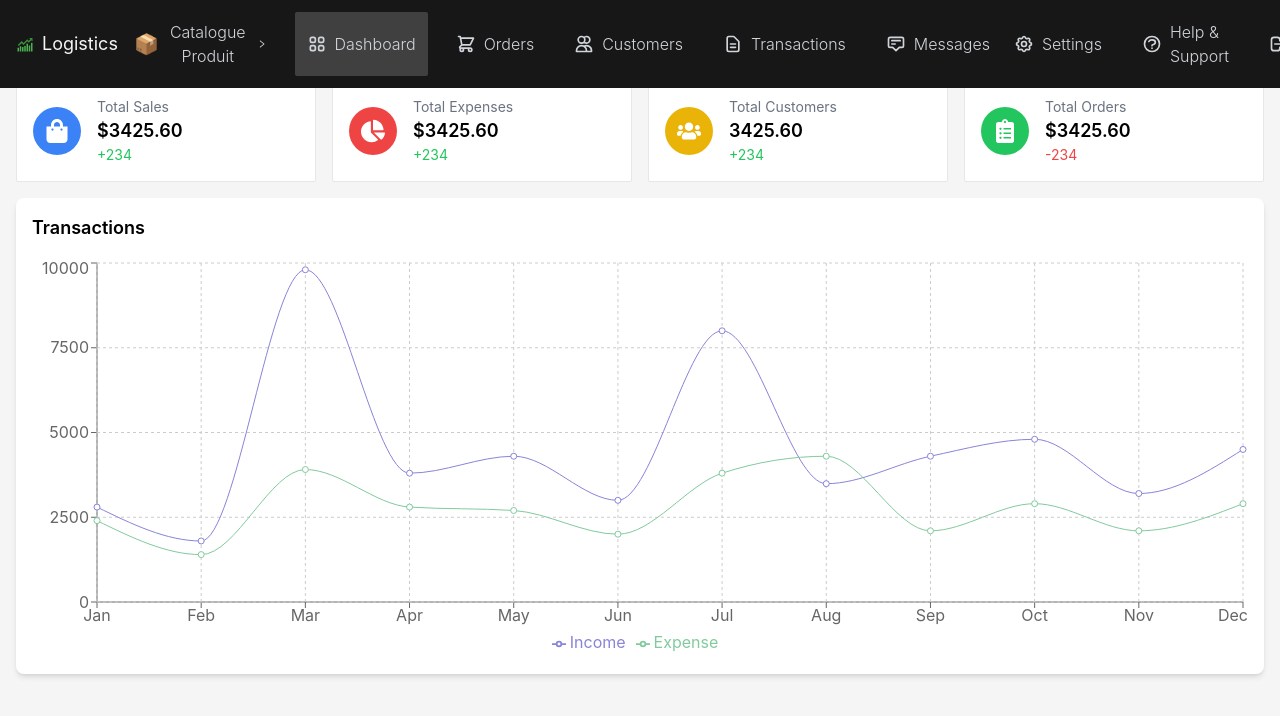
Repository: Mayar2222/Dashboard
Page: /
An editor plug-in stored every save of this project. The page is shown before and after a run of saves, followed by the edit.
The browser window is 1280 px wide. The pictures show the whole page.
Pictures or frames that could not be fetched are drawn as grey boxes. The project was rebuilt for these pictures with package versions that can differ from the ones it lists, and the page was loaded fresh each time. Also part of the build but not shown: src/components/CatalogueProduits.jsx, src/components/Categories.jsx.

Above is the page before, as saved 2024-07-28 15:55:14.

### src/App.jsx
import { Route, BrowserRouter as Router, Routes } from "react-router-dom";
import CatalogueProduits from "./components/CatalogueProduits";
import Categories from "./components/Categories";
import Dashboard from "./components/Dashboard";
import Layout from "./components/shared/Layout";

function App() {
  return (
      <Router>
      <Routes>
        <Route path="/"  element={<Layout/>}>
          <Route index  element={<Dashboard/>}/>
          <Route path="CatalogueProduits"  element={<CatalogueProduits/>}/>
          <Route path="Categories"  element={<Categories/>}/>

          <Route path="login"  element={<div>this login page</div>}/>

        </Route>
      </Routes>
      </Router>
  );
}

export default App;

### src/index.css
@import url('https://fonts.googleapis.com/css2? family=Poppins:wght@400; 600;700&display=swap');


@tailwind base;
@tailwind components;
@tailwind utilities;

@layer base {
    html {
        font-family: 'Inter', sans-serif;
        line-height: 1.3;
    }
    table {
        /* Add any specific styles for the table here if needed */
    }
    th,
    td {
        @apply py-3 px-2.5 text-sm text-left border-y border-gray-200;
    }
    thead {
        @apply bg-neutral-100;
    }
    th {
        @apply font-semibold;
    }
    a {
        @apply text-sky-500 hover:underline;
    }
}

### src/components/Dashboard.jsx
import React from 'react'
import { CartesianGrid, Legend, Line, LineChart, ResponsiveContainer, Tooltip, XAxis, YAxis } from 'recharts'
import DashboardStatsGrid from './DashboardStatsGrid'

const data = [
  { name: 'Jan', Income: 2800, Expense: 2400 },
  { name: 'Feb', Income: 1800, Expense: 1398 },
  { name: 'Mar', Income: 9800, Expense: 3908 },
  { name: 'Apr', Income: 3800, Expense: 2800 },
  { name: 'May', Income: 4300, Expense: 2700 },
  { name: 'Jun', Income: 3000, Expense: 2000 },
  { name: 'Jul', Income: 8000, Expense: 3800 },
  { name: 'Aug', Income: 3490, Expense: 4300 },
  { name: 'Sep', Income: 4300, Expense: 2100 },
  { name: 'Oct', Income: 4800, Expense: 2900 },
  { name: 'Nov', Income: 3200, Expense: 2100 },
  { name: 'Dec', Income: 4500, Expense: 2900 }
]

function TransactionChart() {
  return (
    <div className='bg-white rounded-lg shadow-md p-4'>
      <h2 className='text-lg font-semibold mb-4'>Transactions</h2>
      <ResponsiveContainer width="100%" height={400}>
        <LineChart data={data}>
          <XAxis dataKey="name" />
          <YAxis />
          <CartesianGrid strokeDasharray="3 3" />
          <Tooltip />
          <Legend />
          <Line type="monotone" dataKey="Income" stroke="#8884d8" />
          <Line type="monotone" dataKey="Expense" stroke="#82ca9d" />
        </LineChart>
      </ResponsiveContainer>
    </div>
  )
}

function Dashboard() {
  return (
    <div className='flex flex-col gap-4'>
      <DashboardStatsGrid />
      <TransactionChart />
    </div>
  )
}

export default Dashboard

### src/components/shared/Layout.jsx
import React from 'react'
import { Outlet } from 'react-router-dom'
import Header from './Header'
import Sidebar from './Sidebar'
export default function Layout() {
  return (
    <div className='flex flex-row bg-neutral-100 h-screen w-screen overflow-hidden'>
<Sidebar/>
     <div className='flex-1'>
      <Header/>
      <div className='p-4'>{<Outlet/>}</div>

      </div>


    </div>
  )
}

### src/components/DashboardStatsGrid.jsx
import React from 'react';
import { FaChartPie, FaClipboardList, FaShoppingBag, FaUsers } from 'react-icons/fa';

function DashboardStatsGrid() {
  return (
    <div className='flex gap-4 w-full'>
      <div className='bg-white rounded-sm p-4 flex-1 border border-gray-200 flex items-center'>
        <div className='flex items-center justify-center w-12 h-12 bg-blue-500 text-white rounded-full mr-4'>
          <FaShoppingBag size={24} />
        </div>
        <div>
          <div className='text-sm text-gray-500'>Total Sales</div>
          <div className='text-lg font-semibold'>$3425.60</div>
          <div className='text-sm text-green-500'>+234</div>
        </div>
      </div>
      <div className='bg-white rounded-sm p-4 flex-1 border border-gray-200 flex items-center'>
        <div className='flex items-center justify-center w-12 h-12 bg-red-500 text-white rounded-full mr-4'>
          <FaChartPie size={24} />
        </div>
        <div>
          <div className='text-sm text-gray-500'>Total Expenses</div>
          <div className='text-lg font-semibold'>$3425.60</div>
          <div className='text-sm text-green-500'>+234</div>
        </div>
      </div>
      <div className='bg-white rounded-sm p-4 flex-1 border border-gray-200 flex items-center'>
        <div className='flex items-center justify-center w-12 h-12 bg-yellow-500 text-white rounded-full mr-4'>
          <FaUsers size={24} />
        </div>
        <div>
          <div className='text-sm text-gray-500'>Total Customers</div>
          <div className='text-lg font-semibold'>3425.60</div>
          <div className='text-sm text-green-500'>+234</div>
        </div>
      </div>
      <div className='bg-white rounded-sm p-4 flex-1 border border-gray-200 flex items-center'>
        <div className='flex items-center justify-center w-12 h-12 bg-green-500 text-white rounded-full mr-4'>
          <FaClipboardList size={24} />
        </div>
        <div>
          <div className='text-sm text-gray-500'>Total Orders</div>
          <div className='text-lg font-semibold'>$3425.60</div>
          <div className='text-sm text-red-500'>-234</div>
        </div>
      </div>
    </div>
  );
}

export default DashboardStatsGrid;

### src/components/shared/Header.jsx
import { Menu, Popover, Transition } from '@headlessui/react';
import React, { Fragment } from 'react';
import { HiOutlineBell, HiOutlineChat, HiOutlineSearch } from 'react-icons/hi';

export default function Header() {
  return (
    <div className='bg-white h-16 px-4 flex justify-between items-center border-b border-gray-200'>
      <div className='relative'>
        <HiOutlineSearch fontSize={20} className='text-gray-400 absolute top-1/2 -translate-y-1/2 left-3' />
        <input
          type="text"
          placeholder='Search...'
          className='text-sm focus:outline-none active:outline-none h-10 w-[24rem] border border-gray-300 rounded-sm pl-11 pr-4'
        />
      </div>
      <div className="flex items-center gap-2 mr-2">
        <Popover className="relative">
          {({ open }) => (
            <>
              <Popover.Button
                className={`p-1.5 rounded-sm inline-flex items-center ${open ? 'text-gray-900' : 'text-gray-700 hover:text-gray-900'} focus:outline-none`}
              >
                <HiOutlineChat fontSize={24} />
              </Popover.Button>
              <Transition
                as={Fragment}
                enter="transition ease-out duration-200"
                enterFrom="opacity-0 translate-y-1"
                enterTo="opacity-100 translate-y-0"
                leave="transition ease-in duration-150"
                leaveFrom="opacity-100 translate-y-0"
                leaveTo="opacity-0 translate-y-1"
              >
                <Popover.Panel className="absolute right-0 z-10 mt-2.5 w-80">
                  <div className="bg-white rounded-sm shadow-md ring-1 ring-black ring-opacity-5 px-2 py-2.5">
                    <strong className="text-gray-700 font-medium">Messages</strong>
                    <div className="mt-2">This is the messages panel!</div>
                  </div>
                </Popover.Panel>
              </Transition>
            </>
          )}
        </Popover>

        <Popover className="relative">
          {({ open }) => (
            <>
              <Popover.Button
                className={`p-1.5 rounded-sm inline-flex items-center ${open ? 'text-gray-900' : 'text-gray-700 hover:text-gray-900'} focus:outline-none`}
              >
                <HiOutlineBell fontSize={24} />
              </Popover.Button>
              <Transition
                as={Fragment}
                enter="transition ease-out duration-200"
                enterFrom="opacity-0 translate-y-1"
                enterTo="opacity-100 translate-y-0"
                leave="transition ease-in duration-150"
                leaveFrom="opacity-100 translate-y-0"
                leaveTo="opacity-0 translate-y-1"
              >
                <Popover.Panel className="absolute right-0 z-10 mt-2.5 w-80">
                  <div className="bg-white rounded-sm shadow-md ring-1 ring-black ring-opacity-5 px-2 py-2.5">
                    <strong className="text-gray-700 font-medium">Notifications</strong>
                    <div className="mt-2">This is the notifications panel!</div>
                  </div>
                </Popover.Panel>
              </Transition>
            </>
          )}
        </Popover>

        <Menu as="div" className="relative">
          <div>
            <Menu.Button className="ml-2 inline-flex">
              <span className='sr-only'>Open user menu</span>
              <div className='h-10 w-10 rounded-full bg-sky-500 bg-cover bg-no-repeat bg-center' style={{backgroundImage: 'url("https://images.unsplash.com/photo-1529626455594-4ff0802cfb7e?crop=faces&fit=crop&w=80&h=80&q=80")'}}>
                <span className='sr-only'>Mayar</span>
              </div>
            </Menu.Button>
          </div>
          <Transition
            as={Fragment}
            enter="transition ease-out duration-200"
            enterFrom="opacity-0 translate-y-1"
            enterTo="opacity-100 translate-y-0"
            leave="transition ease-in duration-150"
            leaveFrom="opacity-100 translate-y-0"
            leaveTo="opacity-0 translate-y-1"
          >
            <Menu.Items className="absolute right-0 mt-2 w-48 origin-top-right bg-white border border-gray-200 divide-y divide-gray-100 rounded-md shadow-lg outline-none">
              <div className="px-4 py-3">
                <p className="text-sm">Signed in as</p>
                <p className="text-sm font-medium text-gray-900 truncate">Mayar</p>
              </div>
              <div className="py-1">
                <Menu.Item>
                  {({ active }) => (
                    <a
                      href="/profile"
                      className={`${
                        active ? 'bg-gray-100 text-gray-900' : 'text-gray-700'
                      } flex justify-between w-full px-4 py-2 text-sm leading-5 text-left`}
                    >
                      Your Profile
                    </a>
                  )}
                </Menu.Item>
                <Menu.Item>
                  {({ active }) => (
                    <a
                      href="/settings"
                      className={`${
                        active ? 'bg-gray-100 text-gray-900' : 'text-gray-700'
                      } flex justify-between w-full px-4 py-2 text-sm leading-5 text-left`}
                    >
                      Settings
                    </a>
                  )}
                </Menu.Item>
              </div>
              <div className="py-1">
                <Menu.Item>
                  {({ active }) => (
                    <a
                      href="/logout"
                      className={`${
                        active ? 'bg-gray-100 text-gray-900' : 'text-gray-700'
                      } flex justify-between w-full px-4 py-2 text-sm leading-5 text-left`}
                    >
                      Sign out
                    </a>
                  )}
                </Menu.Item>
              </div>
            </Menu.Items>
          </Transition>
        </Menu>
      </div>
    </div>
  );
}

### src/components/shared/Sidebar.jsx
import React, { useState } from 'react';
import { AiOutlineDown, AiOutlineRight } from 'react-icons/ai';
import { FcBullish } from 'react-icons/fc';
import { HiOutlineLogout } from 'react-icons/hi';
import { Link, useLocation } from 'react-router-dom';
import { DASHBOARD_SIDEBAR_BOTTOM_LINKS, DASHBOARD_SIDEBAR_LINKS } from '../../lib/consts/navigation';

const linkClasses =
  'flex items-center gap-2 font-light px-3 py-2 hover:bg-neutral-700 hover:no-underline active:bg-neutral-600 rounded-sm text-base text-gray-300';

const titleClasses = 'flex items-center gap-2 px-1 py-3 text-neutral-100 text-lg';

export default function Sidebar() {
  const { pathname } = useLocation();
  const [isCatalogueOpen, setIsCatalogueOpen] = useState(false);

  const toggleCatalogue = () => {
    setIsCatalogueOpen(!isCatalogueOpen);
  };

  return (
    <nav className="bg-neutral-900 w-full p-3 flex items-center text-white fixed top-0 z-10">
      <div className={`${titleClasses} mr-auto`}>
        <FcBullish />
        <span>Logistics</span>
      </div>
      <div className="flex space-x-4">
        <div className="relative">
          <button onClick={toggleCatalogue} className={linkClasses}>
            <span className="text-xl">📦</span>
            <span>Catalogue Produit</span>
            {isCatalogueOpen ? <AiOutlineDown /> : <AiOutlineRight />}
          </button>
          {isCatalogueOpen && (
            <div className="absolute left-0 mt-2 w-48 bg-neutral-800 rounded-md shadow-lg z-20">
              <Link to="/catalogue" className={linkClasses}>
                Catalogue Produit
              </Link>
              <Link to="/categories" className={linkClasses}>
                Catégories du produit
              </Link>
            </div>
          )}
        </div>
        {DASHBOARD_SIDEBAR_LINKS.filter(link => link.label !== "Catalogue Produit").map(({ key, path, icon, label }) => (
          <Link
            key={key}
            to={path}
            className={`${linkClasses} ${pathname === path ? 'bg-neutral-700' : ''}`}
          >
            {icon && <span className="text-xl">{icon}</span>}
            <span>{label}</span>
          </Link>
        ))}
      </div>
      <div className="flex space-x-4 ml-auto">
        {DASHBOARD_SIDEBAR_BOTTOM_LINKS.map(({ key, path, icon, label }) => (
          <Link
            key={key}
            to={path}
            className={`${linkClasses} ${pathname === path ? 'bg-neutral-700' : ''}`}
          >
            {icon && <span className="text-xl">{icon}</span>}
            <span>{label}</span>
          </Link>
        ))}
        <Link
          to="/logout" // Adjust the path as needed
          className={linkClasses}
        >
          <HiOutlineLogout className="text-xl" />
          <span>Logout</span>
        </Link>
      </div>
    </nav>
  );
}

### src/lib/consts/navigation.jsx
import {
	HiOutlineAnnotation,
	HiOutlineCog,
	HiOutlineCube,
	HiOutlineDocumentText,
	HiOutlineQuestionMarkCircle,
	HiOutlineShoppingCart,
	HiOutlineUsers,
	HiOutlineViewGrid
} from 'react-icons/hi'

export const DASHBOARD_SIDEBAR_LINKS = [
	{
		key: 'dashboard',
		label: 'Dashboard',
		path: '/',
		icon: <HiOutlineViewGrid />
	},
	{
		key: 'CatalogueProduits',
		label: 'Catalogue Produit',
		path: '/CatalogueProduits',
		icon: <HiOutlineCube />
	},

	{
		key: 'orders',
		label: 'Orders',
		path: '/orders',
		icon: <HiOutlineShoppingCart />
	},
	{
		key: 'customers',
		label: 'Customers',
		path: '/customers',
		icon: <HiOutlineUsers />
	},
	{
		key: 'transactions',
		label: 'Transactions',
		path: '/transactions',
		icon: <HiOutlineDocumentText />
	},
	{
		key: 'messages',
		label: 'Messages',
		path: '/messages',
		icon: <HiOutlineAnnotation />
	}
]

export const DASHBOARD_SIDEBAR_BOTTOM_LINKS = [
	{
		key: 'settings',
		label: 'Settings',
		path: '/settings',
		icon: <HiOutlineCog />
	},
	{
		key: 'support',
		label: 'Help & Support',
		path: '/support',
		icon: <HiOutlineQuestionMarkCircle />
	}
]

Loaded but not shown: public/index.html (common file); src/index.js (common file); tailwind.config.js (common file)

After the next 2 saves:
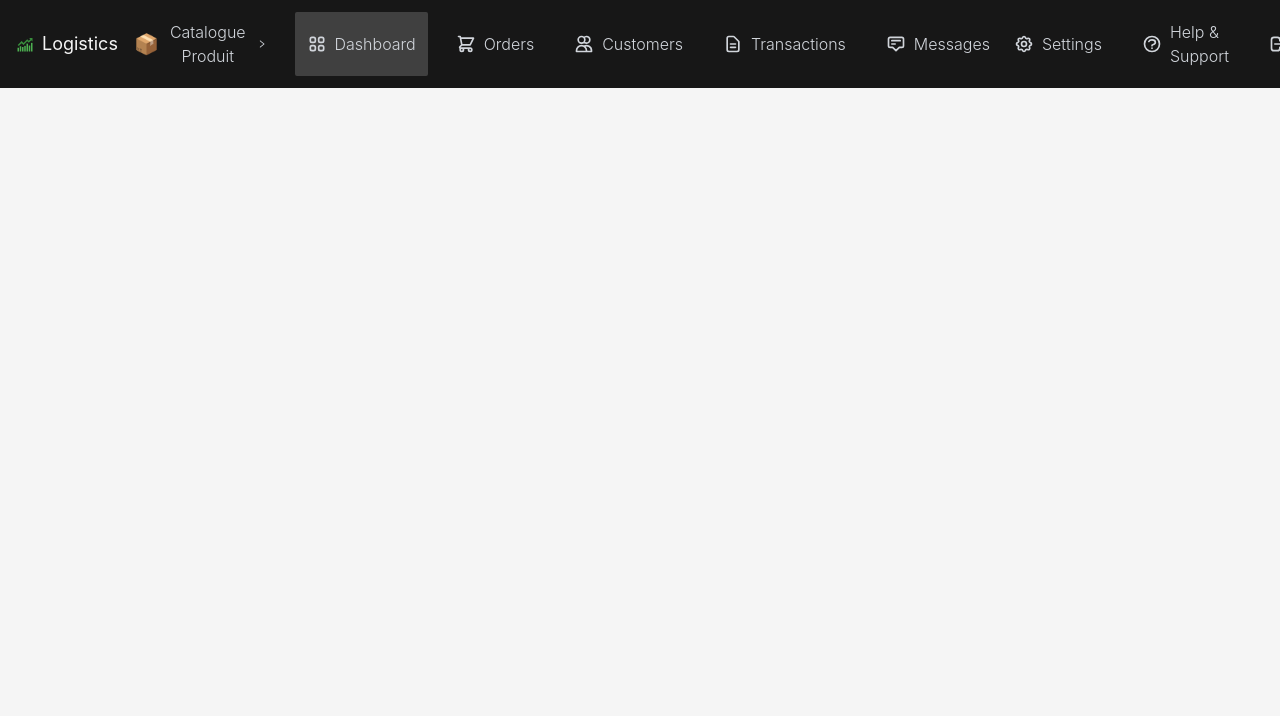
The 2 saves are shown as one change because they came seconds apart.
The last was saved 20 min 30 s later.
--- a/src/App.jsx
+++ b/src/App.jsx
@@ -1,7 +1,6 @@
 import { Route, BrowserRouter as Router, Routes } from "react-router-dom";
 import CatalogueProduits from "./components/CatalogueProduits";
 import Categories from "./components/Categories";
-import Dashboard from "./components/Dashboard";
 import Layout from "./components/shared/Layout";
 
 function App() {
@@ -9,7 +8,6 @@ function App() {
       <Router>
       <Routes>
         <Route path="/"  element={<Layout/>}>
-          <Route index  element={<Dashboard/>}/>
           <Route path="CatalogueProduits"  element={<CatalogueProduits/>}/>
           <Route path="Categories"  element={<Categories/>}/>
 
